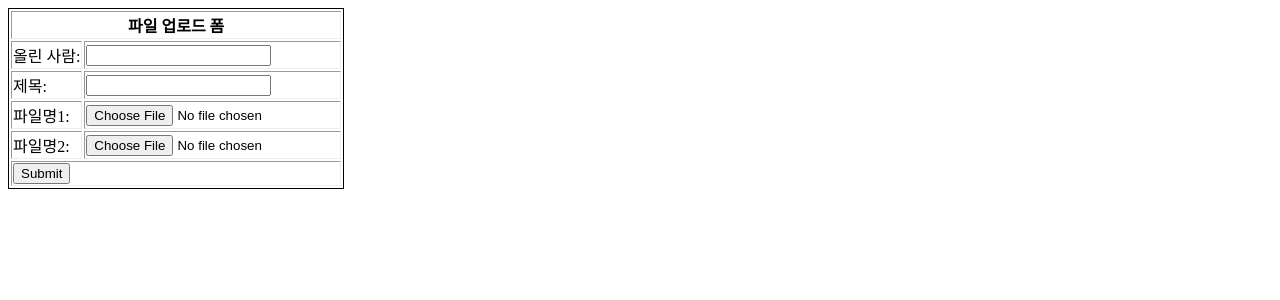
Repository: BancaKim/teamproject4
Page: http://localhost/JSP0503/JSP/fileUploadForm.jsp
An editor plug-in stored every save of this project. The page is shown before and after the next save, followed by the edit.
The browser window is 1280 px wide. The pictures show the whole page.
The page is served by Tomcat 9.

Above is the page before, as saved 2024-05-03 01:13:56.

After the next save:
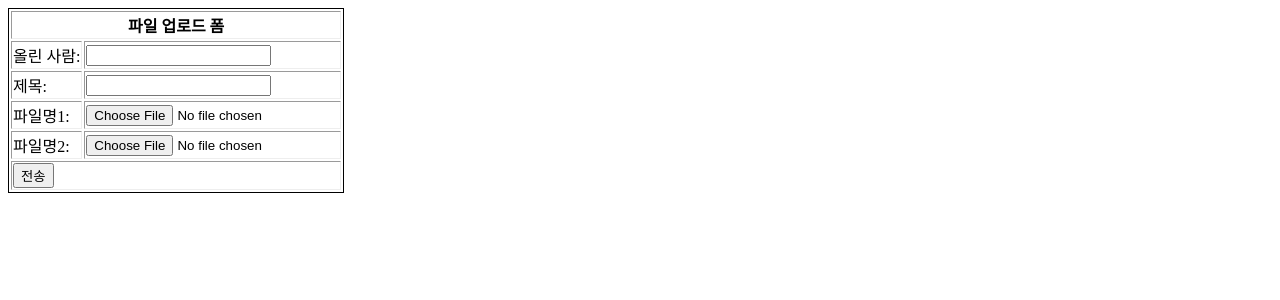
Saved 49 s later.
--- a/JSP0503/src/main/webapp/JSP/fileUploadForm.jsp
+++ b/JSP0503/src/main/webapp/JSP/fileUploadForm.jsp
@@ -24,22 +24,22 @@
 		</tr>
 		<tr>
 		<td>올린 사람:</td>
-		<td><input type="text"></td>
+		<td><input type="text" name="name"></td>
 		</tr>
 		<tr>
 		<td>제목:</td>
-		<td><input type="text"></td>
+		<td><input type="text" name="subject"></td>
 		</tr>
 		<tr>
 		<td>파일명1:</td>
-		<td><input type="file" name="filename"></td>
+		<td><input type="file" name="filename" name="filename1"></td>
 		</tr>
 		<tr>
 		<td>파일명2:</td>
-		<td><input type="file" name="filename"></td>
+		<td><input type="file" name="filename" name="filenalme2"></td>
 		</tr>
 		<tr>
-		<td colspan="2"><input type="submit"></td>
+		<td colspan="2"><input type="submit" value="전송"></td>
 		</tr>
 
 		</table>
